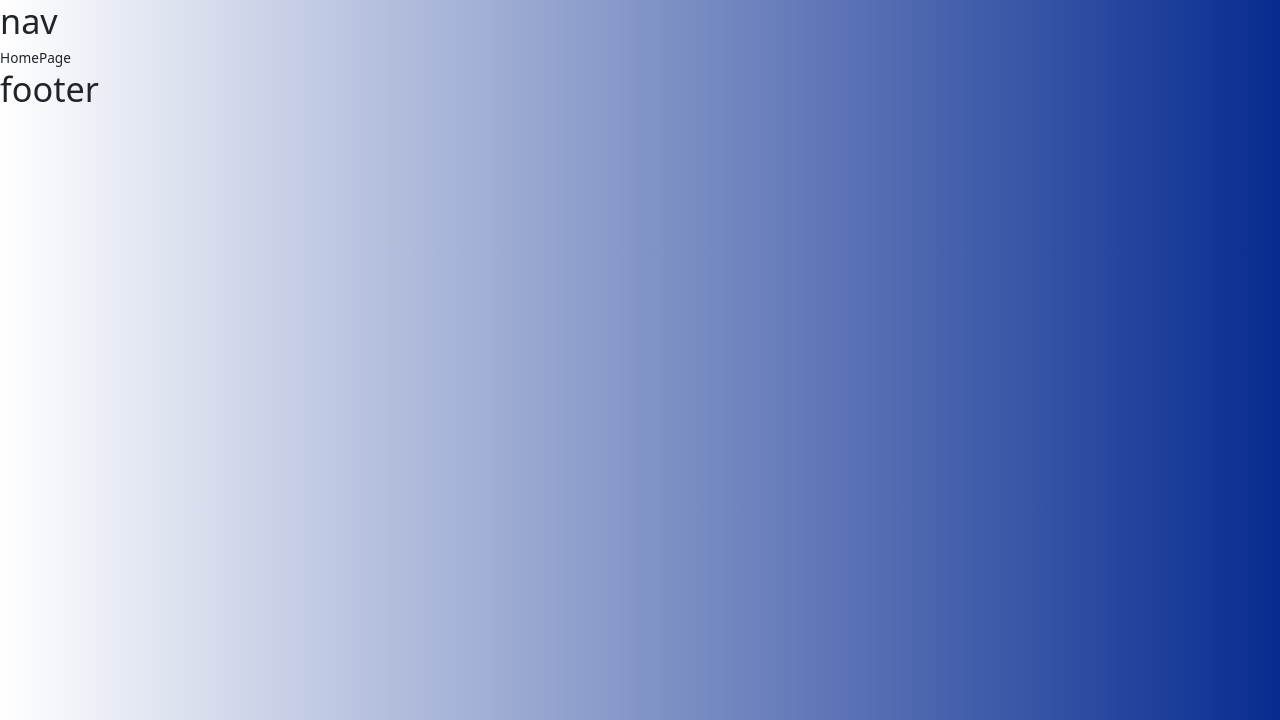
Repository: ShaiBatonya/react_practise
Page: /
These files come from the project's save history. The page is drawn as it stood at one moment and after the next save; the edit follows.
The browser window is 1280 px wide. The pictures show the whole page.
The project was rebuilt for these pictures with package versions that can differ from the ones it lists, and the page was loaded fresh each time. Also part of the build but not shown: vite.config.js, src/pages/AboutPage.jsx, src/pages/ContactPage.jsx, src/pages/NotFoundPage.jsx, src/pages/products/Products.jsx, src/components/CounterProducts.jsx, src/components/Propdriling2.jsx, src/pages/products/AddProduct.jsx. Imported but missing from the stored project, and not drawn on this page: src/pages/products/EditProduct.

Above is the page before, as saved 2023-06-04 21:35:37.

After the next save:
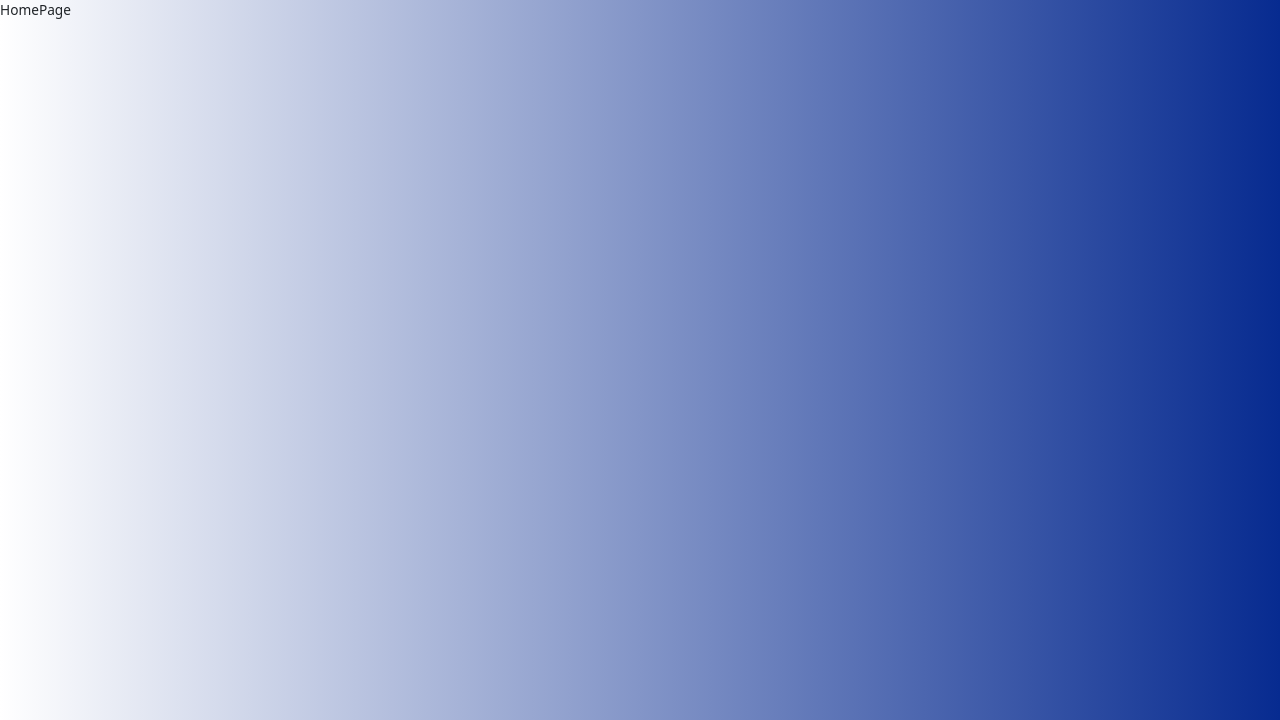
Saved 81 s later.
--- a/src/App.jsx
+++ b/src/App.jsx
@@ -39,11 +39,7 @@
 
 function App() {
   return (
-    <>
-    <h1>nav</h1>
     <RouterProvider router={router} />
-    <h1>footer</h1>
-    </>
   );
 }
 

After the save that followed:
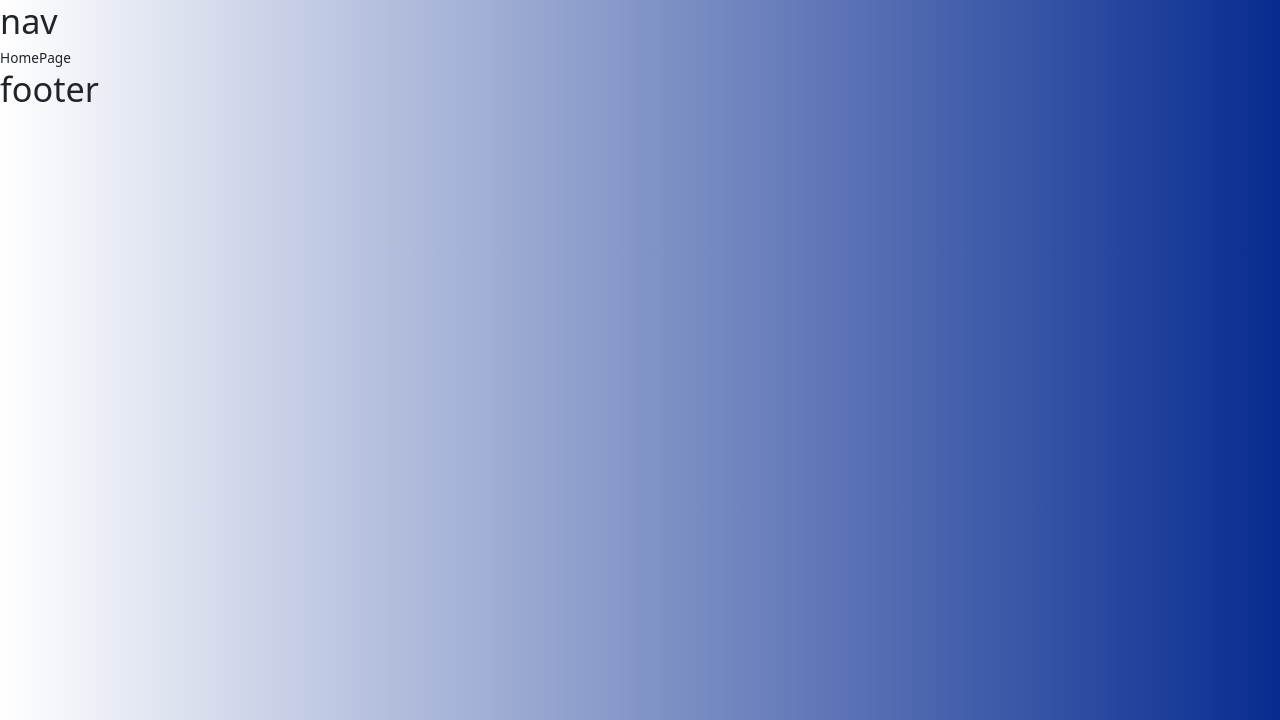
Saved 15 s later.
--- a/src/App.jsx
+++ b/src/App.jsx
@@ -39,7 +39,11 @@
 
 function App() {
   return (
+    <>
+    <h1>nav</h1>
     <RouterProvider router={router} />
+    <h1>footer</h1>
+    </>
   );
 }
 
